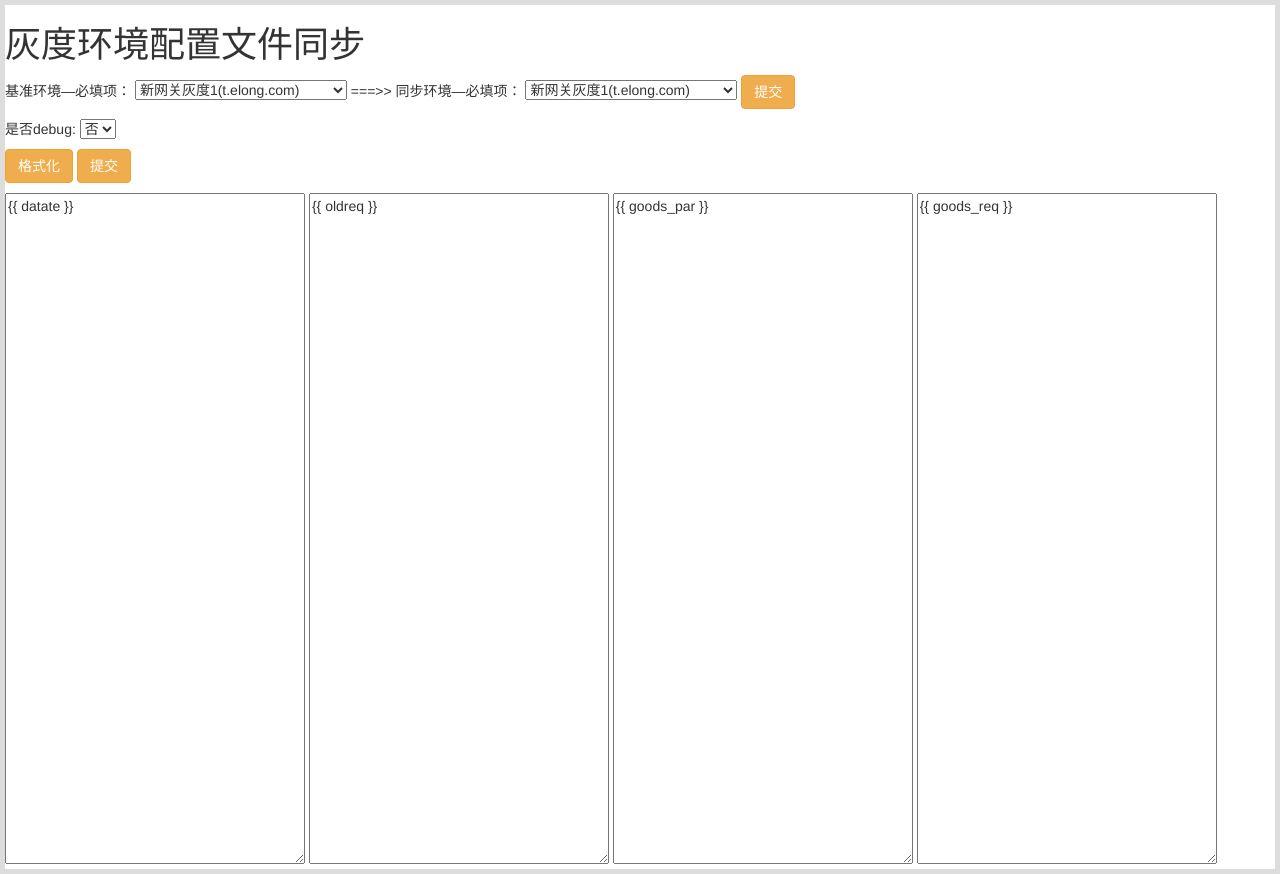
Repository: wangyanqing666/study
Page: other.html
These files come from the project's save history. The page is drawn as it stood at one moment and after the next save; the edit follows.
The browser window is 1280 px wide. The pictures show the whole page.

Above is the page before, as saved 2020-09-28 14:03:27.

### other.html

<!DOCTYPE html>
<html lang="en">

<head>
    <meta charset="UTF-8">
    <meta name="viewport" content="width=device-width, initial-scale=1.0">
    <title>Document</title>
    <!-- 最新版本的 Bootstrap 核心 CSS 文件 -->
    <link rel="stylesheet" href="https://cdn.jsdelivr.net/npm/bootstrap@3.3.7/dist/css/bootstrap.min.css"
        integrity="sha384-BVYiiSIFeK1dGmJRAkycuHAHRg32OmUcww7on3RYdg4Va+PmSTsz/K68vbdEjh4u" crossorigin="anonymous">
    <script src="https://cdn.bootcss.com/jquery/3.4.1/jquery.js"></script>
    <script>
        function beautify() {

            $.each($('textarea'), function (i, n) {
                $(this).css({ 'border-color': "" });

                jsonStr = $(this).val();
                var input;
                try {
                    if (jsonStr.length == 0) {
                        return false;
                    } else if (!isJSON(jsonStr)) {
                        $(this).css({ 'border-color': "red" });


                        return alert($(this).prop('placeholder') + '您输入的内容非正规json格式，请检查后重试！');

                    }
                    input = eval('(' + jsonStr + ')');
                } catch (error) {
                    console.log(error);
                    return alert('JSON 格式化错误！');

                }

                $(this).val(JSON.stringify(input, null, 4));

            })


        };

        function isJSON(str) {
            if (typeof str === 'string') {
                try {
                    let obj = JSON.parse(str);
                    if (typeof obj === 'object' && obj) {
                        return obj;
                    } else {
                        return false;
                    }
                } catch (error) {
                    console.log(error);
                    return false;
                }
            }
        };

        $(function () {

            $('#tj1').click(function () {
                var jsonStr = $('#editor1').val();
                var env = $('#env').val();
                var debug = $('#debug').val();
                try {
                    if (jsonStr.length == 0) {
                        return false;
                    } else if (!isJSON(jsonStr)) {

                        return alert('您输入的内容非正规json格式，请检查后重试！');
                    }
                } catch (error) {
                    return alert('JSON 格式化错误！');

                }
                $('#tj1').attr("disabled", true);

                $.ajax({
                    url: '/alaskasend',
                    type: 'POST',
                    dataType: 'json',
                    contentType: 'application/json;charset=UTF-8',
                    data: JSON.stringify({ jstr: jsonStr, env: env, debug: debug }),
                    success: function (respone) {
                        $('#tj1').attr("disabled", false);


                        if (respone.erron == 0) {
                            // alert('接口请求成功')
                            $('#editor2').val(respone.oldreq)
                            $('#editor3').val(respone.goods_par)
                            $('#editor4').val(respone.goods_req)

                        } else {
                            // 请求失败
                            $('#warning1').text(respone.errmsg)
                            $('#tj1').attr("disabled", false);


                        }
                    },
                    error: function () {
                        alert('服务器超时，请重试！');
                    }
                });

            });

        });


    </script>


</head>

<body>
    <div style="border:5px solid #ddd;">
        <h1>灰度环境配置文件同步</h1>
        <div>
            <h5>
                <span>基准环境—必填项：</span>
                <select id="baseenv" name="baseenv">
                    <option value=1>新网关灰度1(t.elong.com)</option>
                    <option value=2>新网关灰度2(huidu2.vip.elong)</option>
                    <option value=3>新网关灰度3(huidu3.vip.elong)</option>
                    <option value=4>线上环境(api2011.elong.com)</option>
                </select>
                <span>===>></span>
                <span>同步环境—必填项：</span>
                <select id="synenv" name="synenv">
                    <option value=1>新网关灰度1(t.elong.com)</option>
                    <option value=2>新网关灰度2(huidu2.vip.elong)</option>
                    <option value=3>新网关灰度3(huidu3.vip.elong)</option>
                    <option value=4>线上环境(api2011.elong.com)</option>
                </select>
                <span><button type="button" class="btn btn-warning" id="tj1">提交</button></span>

            </h5>
            <h5><span>是否debug:</span>
                <select id="debug" name="debug">
                    <option value="false">否</option>
                    <option value="true">是</option>
                </select>
            </h5>
            <button type="button" class="btn btn-warning" id="formatting" onclick="beautify();">格式化</button>

            <button type="button" class="btn btn-warning" id="tj1">提交</button>


            <div class="col-md-12" id="warning">
                <p><strong id="warning1"></strong></p>
            </div>

        </div>
        <div>
            <textarea class="column " style="height: 671px; width: 300px;" id="editor1" placeholder="Fiddle抓包请求"
                spellcheck="false" name="jstr">{{ datate }}</textarea>
            <textarea id="editor2" style="height: 671px; width: 300px;" class="clumn " placeholder="原始出参"
                name="jstr1">{{ oldreq }}</textarea>
            <textarea id="editor3" style="height: 671px; width: 300px;" class="clumn " placeholder="商品库出参"
                name="jstr2">{{ goods_par }}</textarea>
            <textarea id="editor4" style="height: 671px; width: 300px;" class="clumn " placeholder="商品库入参"
                name="jstr2">{{ goods_req }}</textarea>
        </div>

    </div>
</body>

</html>

After the next save:
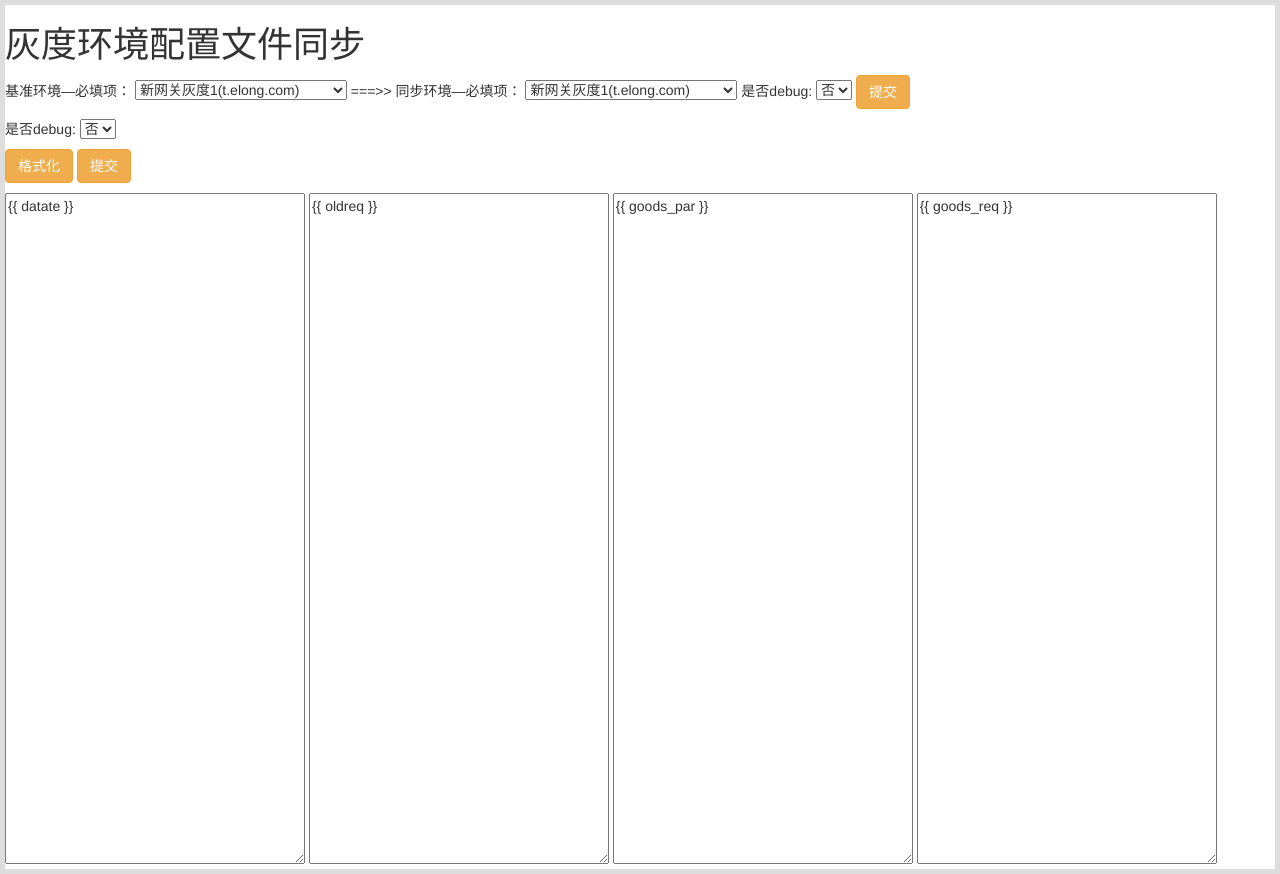
Saved 43 s later.
--- a/other.html
+++ b/other.html
@@ -136,10 +136,16 @@
                     <option value=3>新网关灰度3(huidu3.vip.elong)</option>
                     <option value=4>线上环境(api2011.elong.com)</option>
                 </select>
+                <span>是否debug:</span>
+                <select id="debug" name="debug">
+                    <option value="false">否</option>
+                    <option value="true">是</option>
+                </select>
                 <span><button type="button" class="btn btn-warning" id="tj1">提交</button></span>
 
             </h5>
-            <h5><span>是否debug:</span>
+            <h5>
+                <span>是否debug:</span>
                 <select id="debug" name="debug">
                     <option value="false">否</option>
                     <option value="true">是</option>
